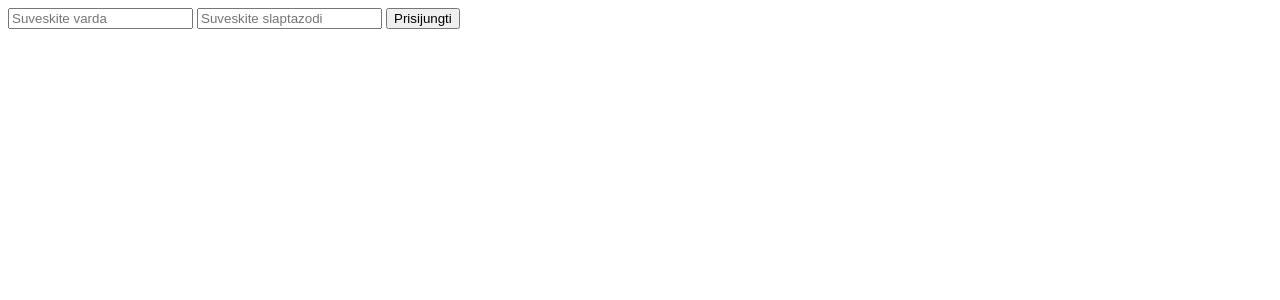
Repository: motiejus1/06-paskaita-PHP-05.31
Page: http://localhost/
These files come from the project's save history. The page is drawn as it stood at one moment and after the next save; the edit follows.
The browser window is 1280 px wide. The pictures show the whole page.
The page is run by PHP 8.4 with error messages shown; the project is at /var/www/html/.

Above is the page before, as saved 2021-07-29 19:39:24.

### index.php
<!DOCTYPE html>
<html lang="en">
<head>
    <meta charset="UTF-8">
    <meta http-equiv="X-UA-Compatible" content="IE=edge">
    <meta name="viewport" content="width=device-width, initial-scale=1.0">
    <title>06 paskaita</title>
</head>
<body>

    <div class="prisijungimas">
        <form action="index.php" method="get">
            <input type="text" name="vardas" placeholder="Suveskite varda"/>
            <input type="password" name="slaptazodis" placeholder="Suveskite slaptazodi"/>
            <button type="submit" name="prisijungti" >Prisijungti</button>
        </form>
    </div>

    <?php

    if(isset($_GET["prisijungti"])) {

        $registruotiVartotojai = array(
            array(
                "vardas" => "admin",
                "slaptazodis" => "admin",
                "teises" => 1
            ),
            array(
                "vardas" => "admin123",
                "slaptazodis" => "admin123",
                "teises" => 2
            ),
            array(
                "vardas" => "aaadmin",
                "slaptazodis" => "aaadmin",
                "teises" => 3
            ),
            array(
                "vardas" => "adminnnn",
                "slaptazodis" => "adminnnn",
                "teises" => 1
            ),
            array(
                "vardas" => "admmmmin",
                "slaptazodis" => "admmmmin",
                "teises" => 1
            ),
            array(
                "vardas" => "admiiiin",
                "slaptazodis" => "admiiiin",
                "teises" => 3
            ),
            array(
                "vardas" => "addddmin",
                "slaptazodis" => "addddmin",
                "teises" => 1
            ),
            array(
                "vardas" => "admmmmmmmmin",
                "slaptazodis" => "admmmmmmmmin",
                "teises" => 1
            ),
            array(
                "vardas" => "aaaaaaaadmin",
                "slaptazodis" => "aaaaaaaadmin",
                "teises" => 1
            ),
            array(
                "vardas" => "admiiiinnnnn",
                "slaptazodis" => "admin",
                "teises" => 3
            ),

        );

        if (isset($_GET["vardas"]) && !empty($_GET["vardas"]))
        var_dump($registruotiVartotojai);
    }

// 3. Sukurkite du input laukelius. Vienas -  vardas, kitas - slaptažodis.
// Susikurkite registruotu vartotoju masyva(bent 10).
//Registruotu vartotoju masyve suvesti teisiu duomenis.
// 1 - administratorius
// 2 - vartotojas
// 3 - turinio redaguotojas
// Jei sugalvota kombinacija sutampa su tuo,
// kas įvesta į input laukelius.
//*Jei duomenys yra įvesti teisingi, vartotojas nukreipiamas į failą - manopaskyra.php.
//Kuriame mato pranesima, su "Sveikas atvykes" ir savo varda.
//*Kitu atveju, vartotojas nukreipiamas į puslapį - 404.php
 // Svetaine turi atsiminti, kad vartotojas yra prisijunges(Cookies)
 // Taip pat manopaskyra.php turi buti mygtukas "Atsijungti".

    ?>
</body>
</html>

After the next save:
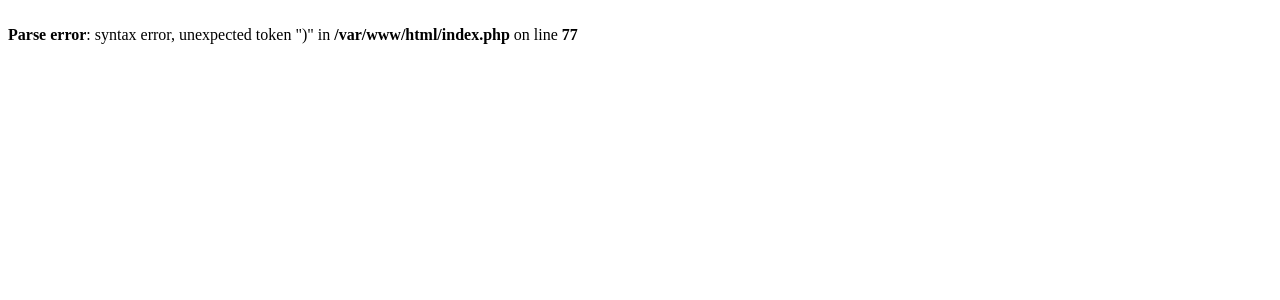
Saved 13 s later.
--- a/index.php
+++ b/index.php
@@ -74,7 +74,7 @@
 
         );
 
-        if (isset($_GET["vardas"]) && !empty($_GET["vardas"]))
+        if (isset($_GET["vardas"]) && !empty($_GET["vardas"]) && )
         var_dump($registruotiVartotojai);
     }
 

After the save that followed:
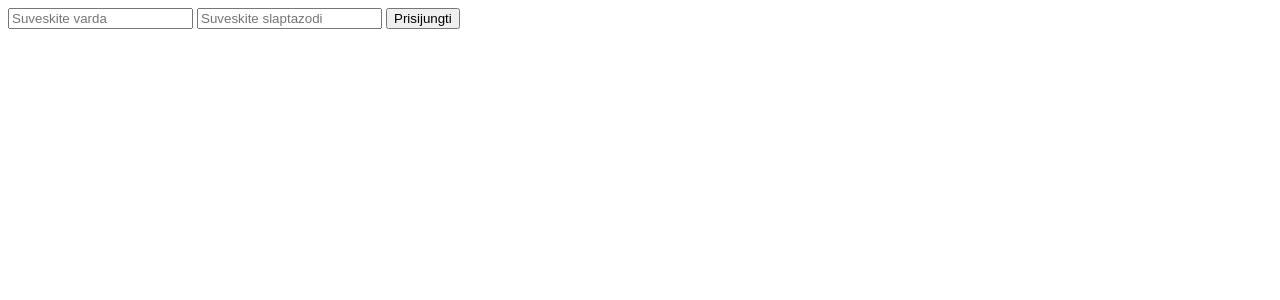
Saved 7 s later.
--- a/index.php
+++ b/index.php
@@ -74,7 +74,7 @@
 
         );
 
-        if (isset($_GET["vardas"]) && !empty($_GET["vardas"]) && )
+        if (isset($_GET["vardas"]) && !empty($_GET["vardas"]) && isset($_GET["vardas"]) && !empty($_GET["vardas"]) )
         var_dump($registruotiVartotojai);
     }
 
